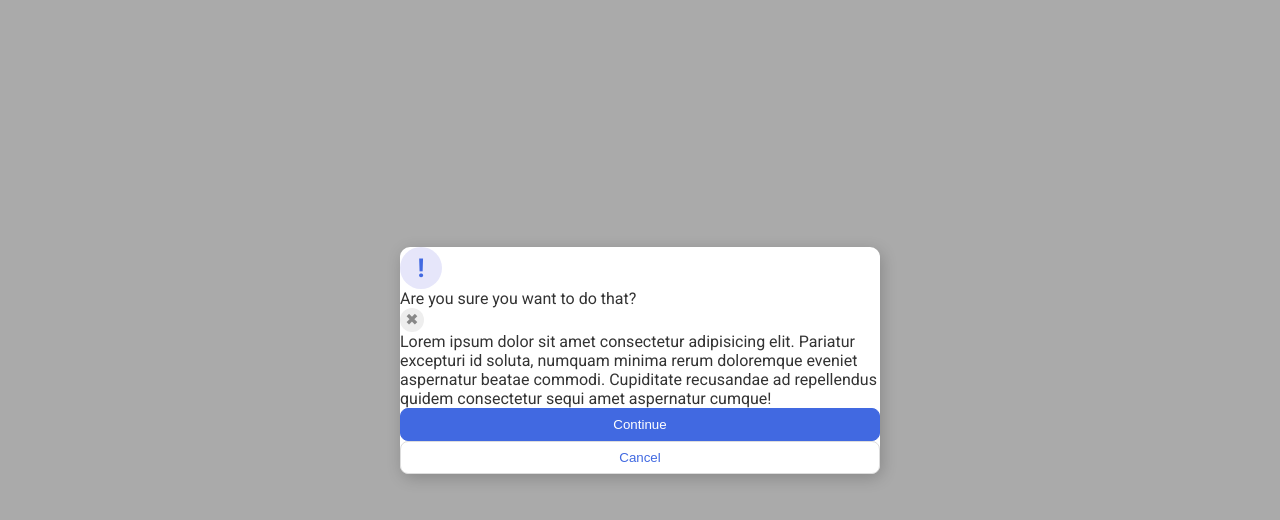
Repository: ridgely/css-exercises
Page: flex/05-flex-modal/index.html
The author's editor kept a copy of each file at every save. The page is drawn from the files as they stood at one save, then again after the next save.
The browser window is 1280 px wide. The pictures show the whole page.

Above is the page before, as saved 2022-07-06 14:17:12.

After the next save:
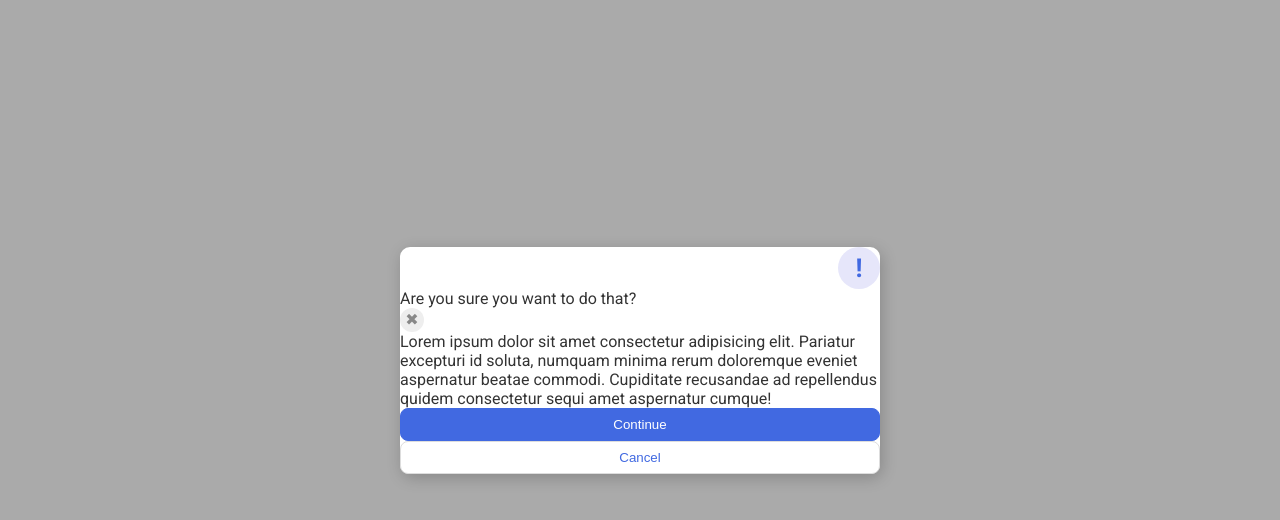
Saved 4 s later.
--- a/flex/05-flex-modal/style.css
+++ b/flex/05-flex-modal/style.css
@@ -25,7 +25,7 @@
 }
 
 .column-1 {
-  align-self: flex-start;
+  align-self: flex-end;
 }
 
 .icon {

After the save that followed:
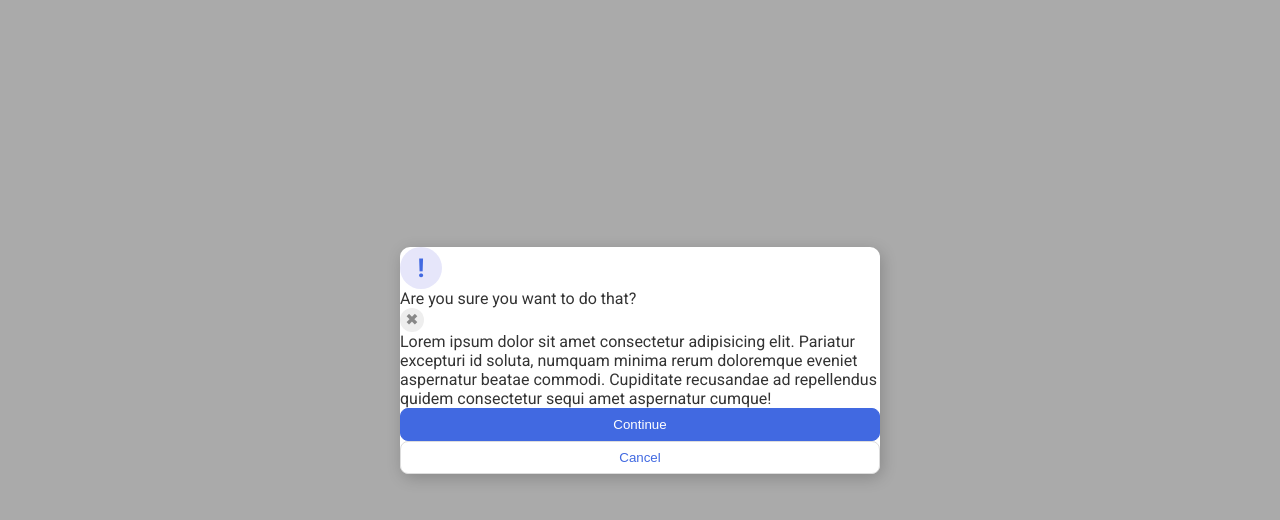
Saved 15 s later.
--- a/flex/05-flex-modal/style.css
+++ b/flex/05-flex-modal/style.css
@@ -22,10 +22,6 @@
   box-shadow: 2px 4px 16px rgba(0,0,0,.2);
   display: flex;
   flex-direction: column;
-}
-
-.column-1 {
-  align-self: flex-end;
 }
 
 .icon {
